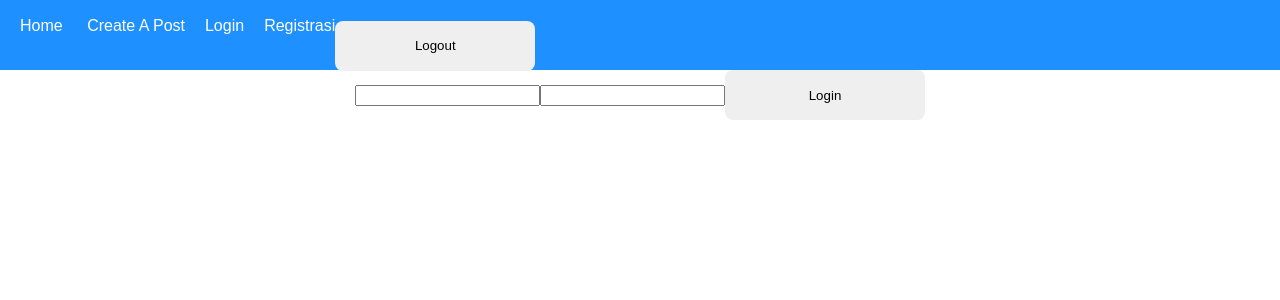
Repository: skipzenni/fullstack_react_training
Page: / (app in client/)
The author's editor kept a copy of each file at every save. The page is drawn from the files as they stood at one save, then again after a run of saves.
The browser window is 1280 px wide. The pictures show the whole page.
The page's requests for data from a server got no answer. The project was rebuilt for these pictures with package versions that can differ from the ones it lists, and the page was loaded fresh each time. No one was signed in, and anything a server would have sent is missing. Also part of the build but not shown: client/src/pages/CreatePost.js, client/src/pages/Post.js, client/src/pages/Registrasi.js, client/src/pages/PageNotFound.js.

Above is the page before, as saved 2023-06-20 00:56:52.

After the next 6 saves:
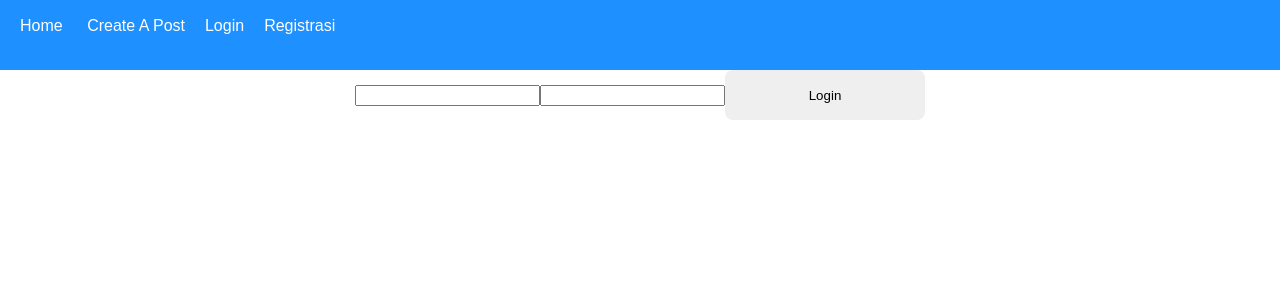
The 6 saves are shown as one change because 1 did not build or start and some came seconds apart.
The last was saved 22 s later.
--- a/client/src/App.js
+++ b/client/src/App.js
@@ -60,7 +60,7 @@ function App() {
             </div>
             <div className="logout-container">
               <h4>{authState.username}</h4>
-              <button onClick={logout}>Logout</button>
+              { authState.status && <button onClick={logout}>Logout</button>}
             </div>
           </div>
           <Routes>
